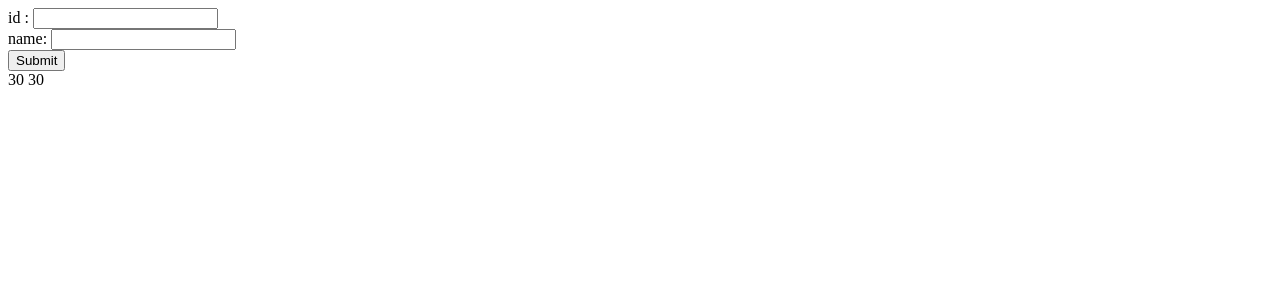
Repository: sandypatidar/my-all-java-code
Page: http://localhost/Jdbc/
These files come from the project's save history. The page is drawn as it stood at one moment and after the next save; the edit follows.
The browser window is 1280 px wide. The pictures show the whole page.
The page is served by Tomcat 9.

Above is the page before, as saved 2019-05-30 18:36:35.

### eclipse-workspace/eclipse-workspace/Jdbc/WebContent/index.jsp
<!DOCTYPE html>
<html>
<head>
<title>index0</title>
</head>
<body>

	<form name="index0" action="index1.jsp" method="post">

	</form>





	<form action="index.jsp">
		id : <input type="number" name ="num" ><br>
		name: <input type="name" name = "name"><br>
		<input type="submit">
	</form>

	<%
		int i = 10;
		int j = 20;
		out.print(i+j);
	%>
	<%= i+j %>

</body>
</html>

After the next save:
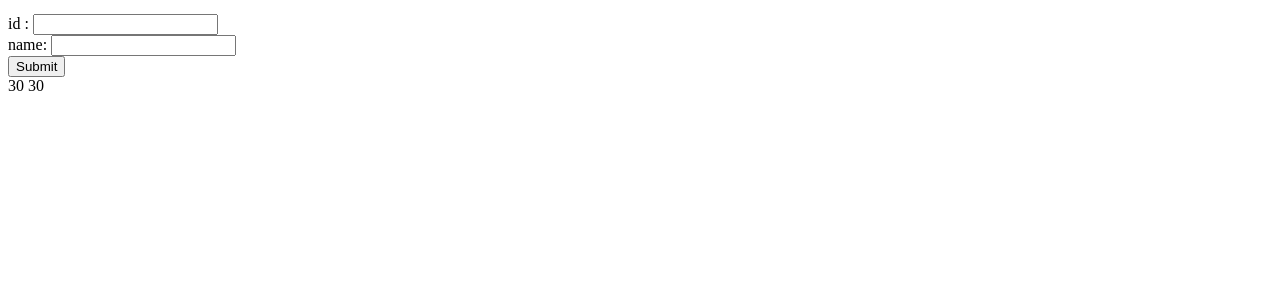
Saved 61 s later.
--- a/eclipse-workspace/eclipse-workspace/Jdbc/WebContent/index.jsp
+++ b/eclipse-workspace/eclipse-workspace/Jdbc/WebContent/index.jsp
@@ -6,7 +6,13 @@
 <body>
 
 	<form name="index0" action="index1.jsp" method="post">
+		<table border="0" >
+			<tr>
+				<td></td>
 
+			</tr>
+
+		</table>
 	</form>
 
 
